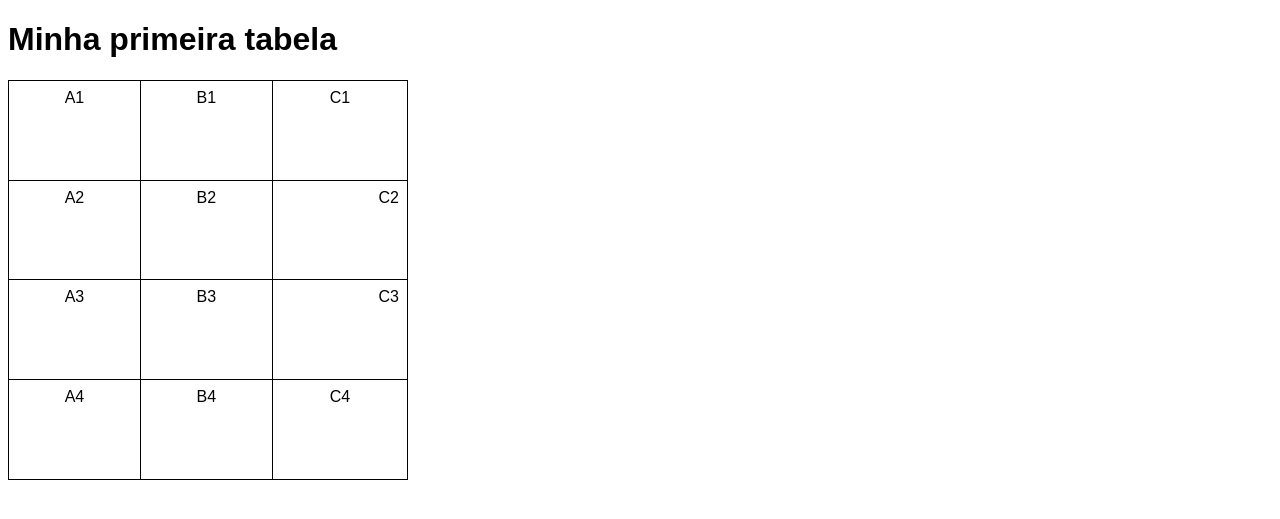
Repository: railsondev/html-css
Page: Módulo3/Exercicios/Ex02 - Tabelas/tabela001.html
The author's editor kept a copy of each file at every save. The page is drawn from the files as they stood at one save, then again after the next save.
The browser window is 1280 px wide. The pictures show the whole page.

Above is the page before, as saved 2024-10-18 16:18:49.

### Módulo3/Exercicios/Ex02 - Tabelas/tabela001.html
<!DOCTYPE html>
<html lang="pt-br">
<head>
  <meta charset="UTF-8">
  <meta name="viewport" content="width=device-width, initial-scale=1.0">
  <title>Tabelas</title>
  <link rel="stylesheet" href="src/css/estilo.css">
</head>
<body>
  <h1>Minha primeira tabela</h1>
  <table>
      <tr>
        <td>A1</td>
        <td>B1</td>
        <td>C1</td>
      </tr>
      <tr>
        <td>A2</td>
        <td>B2</td>
        <td class="numero">C2</td>
      </tr>
      <tr>
        <td>A3</td>
        <td>B3</td>
        <td class="numero">C3</td>
      </tr>
      <tr>
        <td>A4</td>
        <td>B4</td>
        <td>C4</td>
      </tr>
  </table>
</body>
</html>

### Módulo3/Exercicios/Ex02 - Tabelas/src/css/estilo.css
@charset 'UTF-8';

body {
  font-family: Arial, Helvetica, sans-serif;
}

table {
  width: 400px;
  height: 400px;
  border-collapse: collapse;
}
td {
  border: 1px solid black;
  padding: 8px;
  text-align: center;
  vertical-align: top;
}

.numero {
  text-align: right;
}

After the next save:
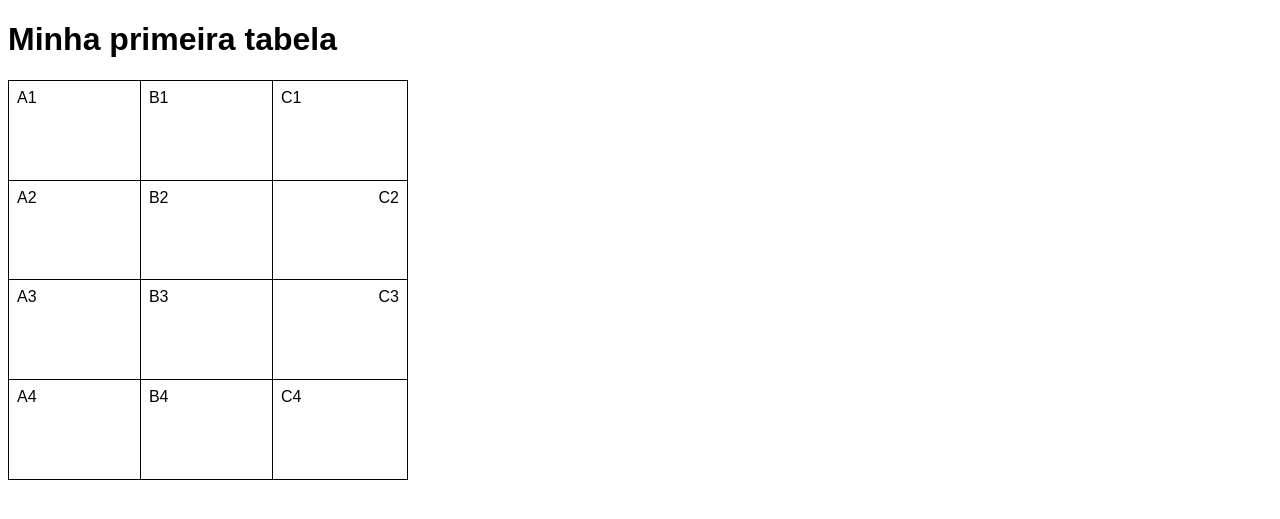
Saved 7 min 5 s later.
--- a/Módulo3/Exercicios/Ex02 - Tabelas/src/css/estilo.css
+++ b/Módulo3/Exercicios/Ex02 - Tabelas/src/css/estilo.css
@@ -12,7 +12,7 @@
 td {
   border: 1px solid black;
   padding: 8px;
-  text-align: center;
+  text-align: ;
   vertical-align: top;
 }
 

After the save that followed:
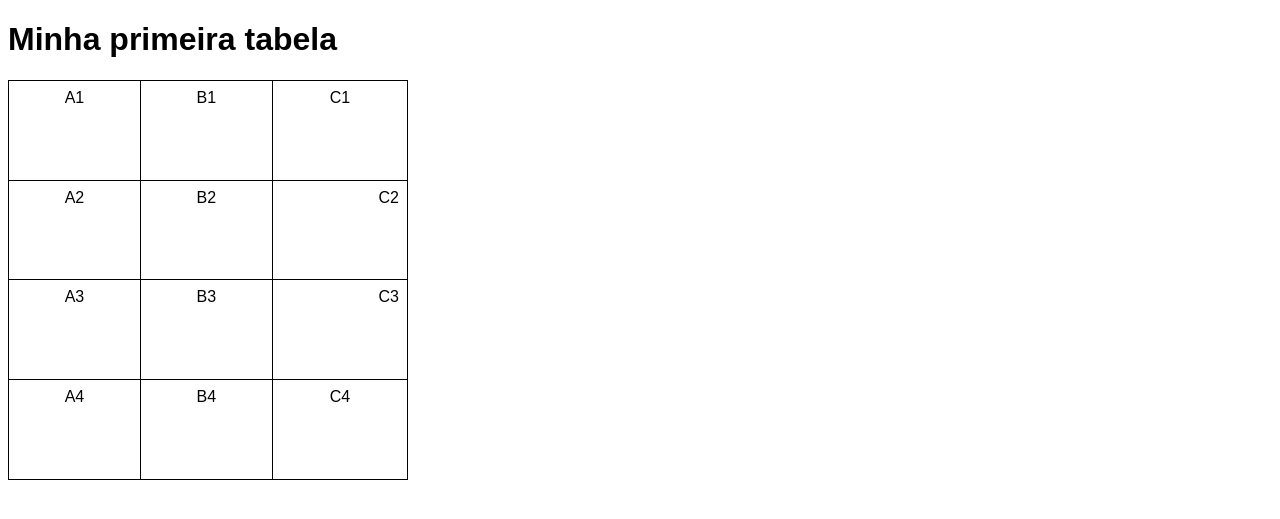
Saved 20 s later.
--- a/Módulo3/Exercicios/Ex02 - Tabelas/src/css/estilo.css
+++ b/Módulo3/Exercicios/Ex02 - Tabelas/src/css/estilo.css
@@ -12,7 +12,7 @@
 td {
   border: 1px solid black;
   padding: 8px;
-  text-align: ;
+  text-align: center;
   vertical-align: top;
 }
 
